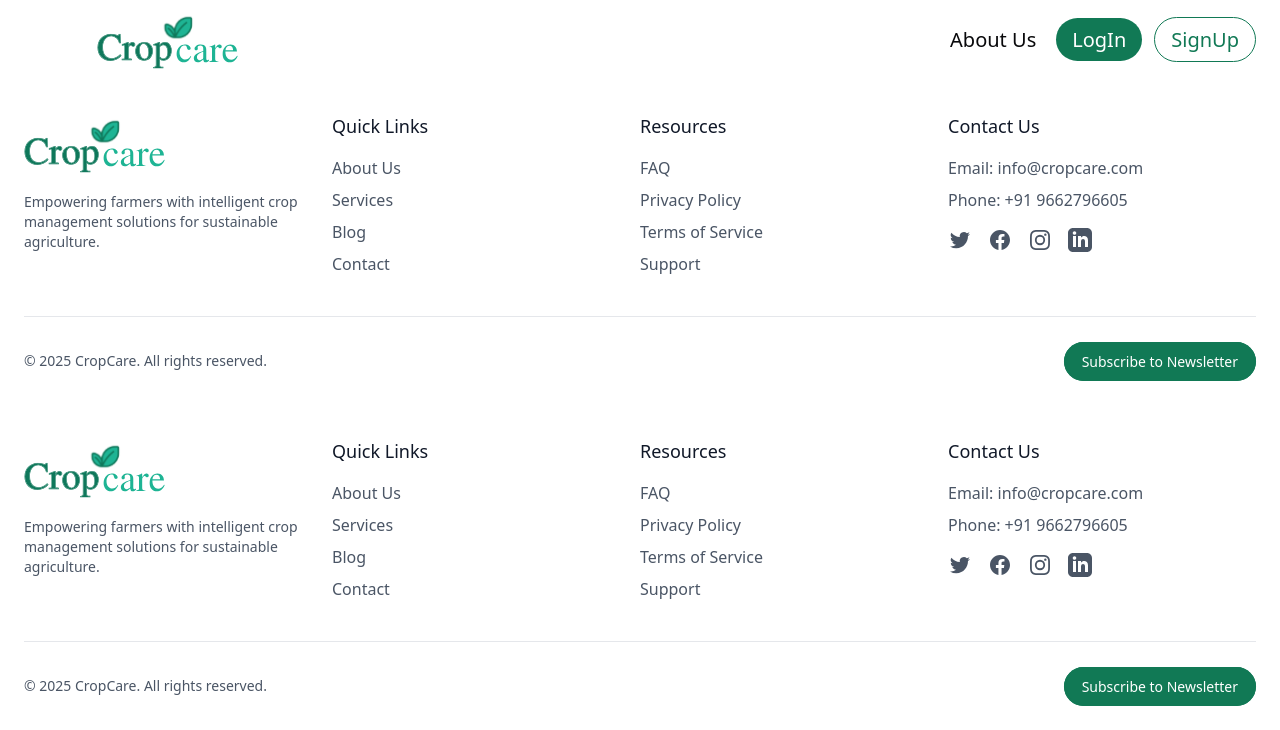
Repository: VishwaaBhavsar/Cropcare
Page: /services
The author's editor kept a copy of each file at every save. The page is drawn from the files as they stood at one save, then again after a run of saves.
The browser window is 1280 px wide. The pictures show the whole page.
The project was rebuilt for these pictures with package versions that can differ from the ones it lists, and the page was loaded fresh each time. The framework's server and built-in components were replaced by stand-ins that run in the browser. Also part of the build but not shown: next.config.mjs, src/components/HeroNav.jsx, src/pages/Hero.jsx.

Above is the page before, as saved 2025-04-19 21:40:54.

### src/app/layout.js


import { Geist, Geist_Mono } from "next/font/google";
import "./globals.css";
import HeroNav from "@/components/HeroNav";
import HeroFooter from "@/components/HeroFooter";

const geistSans = Geist({
  variable: "--font-geist-sans",
  subsets: ["latin"],
});

const geistMono = Geist_Mono({
  variable: "--font-geist-mono",
  subsets: ["latin"],
});

export const metadata = {
  title: "Create Next App",
  description: "Generated by create next app",
};

export default function RootLayout({ children }) {
  return (
    <html lang="en">
      <body
        className={`${geistSans.variable} ${geistMono.variable} antialiased`}
      >
        <HeroNav/>
        {children}
        <HeroFooter/>
      </body>
    </html>
  );
}

### src/app/services/layout.js

import HeroFooter from "@/components/HeroFooter";
import Navbar from "@/components/Navbar";



export default function ServiceLayout({ children }) {
  return (

      <>
        <Navbar/>
        {children}
        <HeroFooter/>
      </>

  );
}

### src/app/services/page.js
import Hero from '@/pages/Hero';



export default function Service() {
  return (
    <>

    </>
  );
}

### src/app/globals.css
@import "tailwindcss";


@custom-variant dark (&:is(.dark *));

@theme inline {
  --color-background: var(--background);
  --color-foreground: var(--foreground);
  --font-sans: var(--font-geist-sans);
  --font-mono: var(--font-geist-mono);
  --color-sidebar-ring: var(--sidebar-ring);
  --color-sidebar-border: var(--sidebar-border);
  --color-sidebar-accent-foreground: var(--sidebar-accent-foreground);
  --color-sidebar-accent: var(--sidebar-accent);
  --color-sidebar-primary-foreground: var(--sidebar-primary-foreground);
  --color-sidebar-primary: var(--sidebar-primary);
  --color-sidebar-foreground: var(--sidebar-foreground);
  --color-sidebar: var(--sidebar);
  --color-chart-5: var(--chart-5);
  --color-chart-4: var(--chart-4);
  --color-chart-3: var(--chart-3);
  --color-chart-2: var(--chart-2);
  --color-chart-1: var(--chart-1);
  --color-ring: var(--ring);
  --color-input: var(--input);
  --color-border: var(--border);
  --color-destructive: var(--destructive);
  --color-accent-foreground: var(--accent-foreground);
  --color-accent: var(--accent);
  --color-muted-foreground: var(--muted-foreground);
  --color-muted: var(--muted);
  --color-secondary-foreground: var(--secondary-foreground);
  --color-secondary: var(--secondary);
  --color-primary-foreground: var(--primary-foreground);
  --color-primary: var(--primary);
  --color-popover-foreground: var(--popover-foreground);
  --color-popover: var(--popover);
  --color-card-foreground: var(--card-foreground);
  --color-card: var(--card);
  --radius-sm: calc(var(--radius) - 4px);
  --radius-md: calc(var(--radius) - 2px);
  --radius-lg: var(--radius);
  --radius-xl: calc(var(--radius) + 4px);
  --animate-accordion-down: accordion-down 0.2s ease-out;
  --animate-accordion-up: accordion-up 0.2s ease-out;

  @keyframes accordion-down {
    from {
      height: 0;
    }
    to {
      height: var(--radix-accordion-content-height);
    }
  }

  @keyframes accordion-up {
    from {
      height: var(--radix-accordion-content-height);
    }
    to {
      height: 0;
    }
  }
}

:root {
  --radius: 0.625rem;
  --background: oklch(1 0 0);
  --foreground: oklch(0.141 0.005 285.823);
  --card: oklch(1 0 0);
  --card-foreground: oklch(0.141 0.005 285.823);
  --popover: oklch(1 0 0);
  --popover-foreground: oklch(0.141 0.005 285.823);
  --primary: oklch(0.21 0.006 285.885);
  --primary-foreground: oklch(0.985 0 0);
  --secondary: oklch(0.967 0.001 286.375);
  --secondary-foreground: oklch(0.21 0.006 285.885);
  --muted: oklch(0.967 0.001 286.375);
  --muted-foreground: oklch(0.552 0.016 285.938);
  --accent: oklch(0.967 0.001 286.375);
  --accent-foreground: oklch(0.21 0.006 285.885);
  --destructive: oklch(0.577 0.245 27.325);
  --border: oklch(0.92 0.004 286.32);
  --input: oklch(0.92 0.004 286.32);
  --ring: oklch(0.705 0.015 286.067);
  --chart-1: oklch(0.646 0.222 41.116);
  --chart-2: oklch(0.6 0.118 184.704);
  --chart-3: oklch(0.398 0.07 227.392);
  --chart-4: oklch(0.828 0.189 84.429);
  --chart-5: oklch(0.769 0.188 70.08);
  --sidebar: oklch(0.985 0 0);
  --sidebar-foreground: oklch(0.141 0.005 285.823);
  --sidebar-primary: oklch(0.21 0.006 285.885);
  --sidebar-primary-foreground: oklch(0.985 0 0);
  --sidebar-accent: oklch(0.967 0.001 286.375);
  --sidebar-accent-foreground: oklch(0.21 0.006 285.885);
  --sidebar-border: oklch(0.92 0.004 286.32);
  --sidebar-ring: oklch(0.705 0.015 286.067);
}

.dark {
  --background: oklch(0.141 0.005 285.823);
  --foreground: oklch(0.985 0 0);
  --card: oklch(0.21 0.006 285.885);
  --card-foreground: oklch(0.985 0 0);
  --popover: oklch(0.21 0.006 285.885);
  --popover-foreground: oklch(0.985 0 0);
  --primary: oklch(0.92 0.004 286.32);
  --primary-foreground: oklch(0.21 0.006 285.885);
  --secondary: oklch(0.274 0.006 286.033);
  --secondary-foreground: oklch(0.985 0 0);
  --muted: oklch(0.274 0.006 286.033);
  --muted-foreground: oklch(0.705 0.015 286.067);
  --accent: oklch(0.274 0.006 286.033);
  --accent-foreground: oklch(0.985 0 0);
  --destructive: oklch(0.704 0.191 22.216);
  --border: oklch(1 0 0 / 10%);
  --input: oklch(1 0 0 / 15%);
  --ring: oklch(0.552 0.016 285.938);
  --chart-1: oklch(0.488 0.243 264.376);
  --chart-2: oklch(0.696 0.17 162.48);
  --chart-3: oklch(0.769 0.188 70.08);
  --chart-4: oklch(0.627 0.265 303.9);
  --chart-5: oklch(0.645 0.246 16.439);
  --sidebar: oklch(0.21 0.006 285.885);
  --sidebar-foreground: oklch(0.985 0 0);
  --sidebar-primary: oklch(0.488 0.243 264.376);
  --sidebar-primary-foreground: oklch(0.985 0 0);
  --sidebar-accent: oklch(0.274 0.006 286.033);
  --sidebar-accent-foreground: oklch(0.985 0 0);
  --sidebar-border: oklch(1 0 0 / 10%);
  --sidebar-ring: oklch(0.552 0.016 285.938);
}

@layer base {
  * {
    @apply border-border outline-ring/50;
  }
  body {
    @apply bg-background text-foreground;
  }
}

### src/components/HeroFooter.jsx
import Link from "next/link";

const Footer = () => {
  const currentYear = new Date().getFullYear();

  return (
    <footer className="bg-white dark:bg-gray-800 mt-auto">
      <div className="container mx-auto px-6 py-8">
        <div className="flex flex-col md:flex-row justify-between">
          {/* Logo and company description */}
          <div className="mb-6 md:mb-0 md:w-1/4">
            <Link href="/">
              <img src="/logo.svg" className="h-16 bg-transparent mb-4" alt="CropCare Logo" />
            </Link>
            <p className="text-gray-600 dark:text-gray-300 text-sm">
              Empowering farmers with intelligent crop management solutions for sustainable agriculture.
            </p>
          </div>

          {/* Quick Links */}
          <div className="md:w-1/4 mb-6 md:mb-0">
            <h3 className="text-lg font-medium text-gray-900 dark:text-white mb-4">Quick Links</h3>
            <ul>
              <li className="mb-2">
                <Link href="/about" className="text-gray-600 dark:text-gray-300 hover:text-[#117955] hover:underline">About Us</Link>
              </li>
              <li className="mb-2">
                <Link href="/services" className="text-gray-600 dark:text-gray-300 hover:text-[#117955] hover:underline">Services</Link>
              </li>
              <li className="mb-2">
                <Link href="/blog" className="text-gray-600 dark:text-gray-300 hover:text-[#117955] hover:underline">Blog</Link>
              </li>
              <li className="mb-2">
                <Link href="/contact" className="text-gray-600 dark:text-gray-300 hover:text-[#117955] hover:underline">Contact</Link>
              </li>
            </ul>
          </div>

          {/* Resources */}
          <div className="md:w-1/4 mb-6 md:mb-0">
            <h3 className="text-lg font-medium text-gray-900 dark:text-white mb-4">Resources</h3>
            <ul>
              <li className="mb-2">
                <Link href="/faq" className="text-gray-600 dark:text-gray-300 hover:text-[#117955] hover:underline">FAQ</Link>
              </li>
              <li className="mb-2">
                <Link href="/privacy" className="text-gray-600 dark:text-gray-300 hover:text-[#117955] hover:underline">Privacy Policy</Link>
              </li>
              <li className="mb-2">
                <Link href="/terms" className="text-gray-600 dark:text-gray-300 hover:text-[#117955] hover:underline">Terms of Service</Link>
              </li>
              <li className="mb-2">
                <Link href="/support" className="text-gray-600 dark:text-gray-300 hover:text-[#117955] hover:underline">Support</Link>
              </li>
            </ul>
          </div>

          {/* Contact Info */}
          <div className="md:w-1/4">
            <h3 className="text-lg font-medium text-gray-900 dark:text-white mb-4">Contact Us</h3>
            <p className="text-gray-600 dark:text-gray-300 mb-2">Email: info@cropcare.com</p>
            <p className="text-gray-600 dark:text-gray-300 mb-2">Phone: +91 9662796605</p>
            <div className="flex mt-4">
              <a href="#" className="mr-4 text-gray-600 hover:text-[#117955]">
                <span className="sr-only">Twitter</span>
                <svg className="h-6 w-6" fill="currentColor" viewBox="0 0 24 24">
                  <path d="M8.29 20.251c7.547 0 11.675-6.253 11.675-11.675 0-.178 0-.355-.012-.53A8.348 8.348 0 0022 5.92a8.19 8.19 0 01-2.357.646 4.118 4.118 0 001.804-2.27 8.224 8.224 0 01-2.605.996 4.107 4.107 0 00-6.993 3.743 11.65 11.65 0 01-8.457-4.287 4.106 4.106 0 001.27 5.477A4.072 4.072 0 012.8 9.713v.052a4.105 4.105 0 003.292 4.022 4.095 4.095 0 01-1.853.07 4.108 4.108 0 003.834 2.85A8.233 8.233 0 012 18.407a11.616 11.616 0 006.29 1.84"></path>
                </svg>
              </a>
              <a href="#" className="mr-4 text-gray-600 hover:text-[#117955]">
                <span className="sr-only">Facebook</span>
                <svg className="h-6 w-6" fill="currentColor" viewBox="0 0 24 24">
                  <path fillRule="evenodd" d="M22 12c0-5.523-4.477-10-10-10S2 6.477 2 12c0 4.991 3.657 9.128 8.438 9.878v-6.987h-2.54V12h2.54V9.797c0-2.506 1.492-3.89 3.777-3.89 1.094 0 2.238.195 2.238.195v2.46h-1.26c-1.243 0-1.63.771-1.63 1.562V12h2.773l-.443 2.89h-2.33v6.988C18.343 21.128 22 16.991 22 12z" clipRule="evenodd"></path>
                </svg>
              </a>
              <a href="#" className="mr-4 text-gray-600 hover:text-[#117955]">
                <span className="sr-only">Instagram</span>
                <svg className="h-6 w-6" fill="currentColor" viewBox="0 0 24 24">
                  <path fillRule="evenodd" d="M12.315 2c2.43 0 2.784.013 3.808.06 1.064.049 1.791.218 2.427.465a4.902 4.902 0 011.772 1.153 4.902 4.902 0 011.153 1.772c.247.636.416 1.363.465 2.427.048 1.067.06 1.407.06 4.123v.08c0 2.643-.012 2.987-.06 4.043-.049 1.064-.218 1.791-.465 2.427a4.902 4.902 0 01-1.153 1.772 4.902 4.902 0 01-1.772 1.153c-.636.247-1.363.416-2.427.465-1.067.048-1.407.06-4.123.06h-.08c-2.643 0-2.987-.012-4.043-.06-1.064-.049-1.791-.218-2.427-.465a4.902 4.902 0 01-1.772-1.153 4.902 4.902 0 01-1.153-1.772c-.247-.636-.416-1.363-.465-2.427-.047-1.024-.06-1.379-.06-3.808v-.63c0-2.43.013-2.784.06-3.808.049-1.064.218-1.791.465-2.427a4.902 4.902 0 011.153-1.772A4.902 4.902 0 015.45 2.525c.636-.247 1.363-.416 2.427-.465C8.901 2.013 9.256 2 11.685 2h.63zm-.081 1.802h-.468c-2.456 0-2.784.011-3.807.058-.975.045-1.504.207-1.857.344-.467.182-.8.398-1.15.748-.35.35-.566.683-.748 1.15-.137.353-.3.882-.344 1.857-.047 1.023-.058 1.351-.058 3.807v.468c0 2.456.011 2.784.058 3.807.045.975.207 1.504.344 1.857.182.466.399.8.748 1.15.35.35.683.566 1.15.748.353.137.882.3 1.857.344 1.054.048 1.37.058 4.041.058h.08c2.597 0 2.917-.01 3.96-.058.976-.045 1.505-.207 1.858-.344.466-.182.8-.398 1.15-.748.35-.35.566-.683.748-1.15.137-.353.3-.882.344-1.857.048-1.055.058-1.37.058-4.041v-.08c0-2.597-.01-2.917-.058-3.96-.045-.976-.207-1.505-.344-1.858a3.097 3.097 0 00-.748-1.15 3.098 3.098 0 00-1.15-.748c-.353-.137-.882-.3-1.857-.344-1.023-.047-1.351-.058-3.807-.058zM12 6.865a5.135 5.135 0 110 10.27 5.135 5.135 0 010-10.27zm0 1.802a3.333 3.333 0 100 6.666 3.333 3.333 0 000-6.666zm5.338-3.205a1.2 1.2 0 110 2.4 1.2 1.2 0 010-2.4z" clipRule="evenodd"></path>
                </svg>
              </a>
              <a href="#" className="text-gray-600 hover:text-[#117955]">
                <span className="sr-only">LinkedIn</span>
                <svg className="h-6 w-6" fill="currentColor" viewBox="0 0 24 24">
                  <path d="M19 0h-14c-2.761 0-5 2.239-5 5v14c0 2.761 2.239 5 5 5h14c2.762 0 5-2.239 5-5v-14c0-2.761-2.238-5-5-5zm-11 19h-3v-11h3v11zm-1.5-12.268c-.966 0-1.75-.79-1.75-1.764s.784-1.764 1.75-1.764 1.75.79 1.75 1.764-.783 1.764-1.75 1.764zm13.5 12.268h-3v-5.604c0-3.368-4-3.113-4 0v5.604h-3v-11h3v1.765c1.396-2.586 7-2.777 7 2.476v6.759z"></path>
                </svg>
              </a>
            </div>
          </div>
        </div>

        {/* Bottom copyright */}
        <div className="border-t border-gray-200 dark:border-gray-700 mt-8 pt-8 flex flex-col md:flex-row justify-between items-center">
          <p className="text-sm text-gray-600 dark:text-gray-300">
            © {currentYear} CropCare. All rights reserved.
          </p>
          <div className="mt-4 md:mt-0">
            <Link href="/subscribe" className="font-medium px-4 py-2 text-sm text-white bg-[#117955] rounded-3xl border-[#117955] border-[2px] hover:bg-white hover:text-[#117955]">
              Subscribe to Newsletter
            </Link>
          </div>
        </div>
      </div>
    </footer>
  );
}

export default Footer;

### src/components/Navbar.jsx
import Link from "next/link";
const Navbar = () => {
    return (
                <div className=" z-10 flex flex-row bg-white dark:bg-gray-800 sticky top-0 left-0 right-0 h-20 items-center justify-between p-5">
                    <Link href='/'><img src={'/logo.svg'} className="h-16 bg-transparent ml-[6vw]"/></Link>
                    <div>
                        <Link href='/about' className="text-xl font-medium mx-3">About Us</Link>
                        <Link href='/auth/sign-in' className="px-4 py-2 mx-2 text-xl text-white bg-[#117955] rounded-3xl hover:bg-white hover:text-[#117955] hover:border-1 border-[#117955]">LogIn</Link>
                        <Link href='/auth/log-in' className="px-4 py-2 mx-1 text-xl  bg-white border-1 border-[#117955] text-[#117955] hover:text-white hover:bg-[#117955] rounded-3xl">SignUp</Link>
                    </div>
                </div>
            );
        }
export default Navbar;

After the next 2 saves:
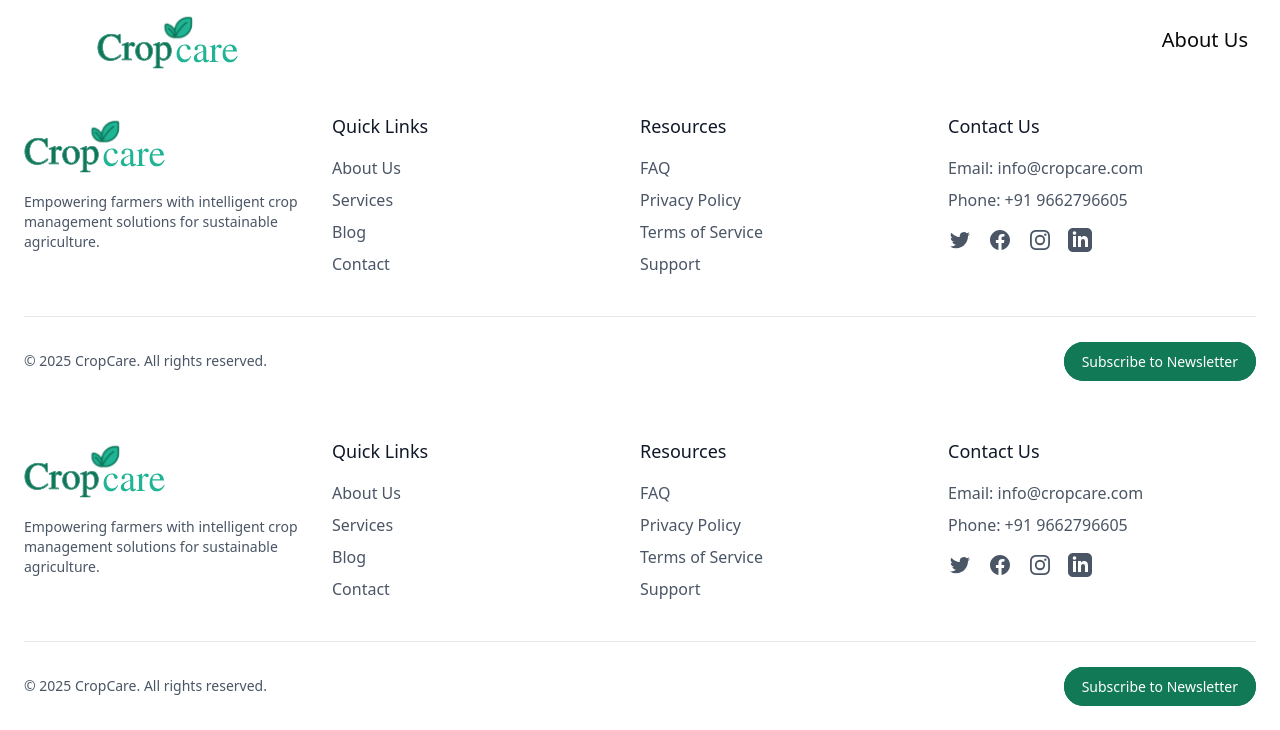
The 2 saves are shown as one change because 1 did not build or start.
The last was saved 72 s later.
--- a/src/components/Navbar.jsx
+++ b/src/components/Navbar.jsx
@@ -5,8 +5,7 @@ const Navbar = () => {
                     <Link href='/'><img src={'/logo.svg'} className="h-16 bg-transparent ml-[6vw]"/></Link>
                     <div>
                         <Link href='/about' className="text-xl font-medium mx-3">About Us</Link>
-                        <Link href='/auth/sign-in' className="px-4 py-2 mx-2 text-xl text-white bg-[#117955] rounded-3xl hover:bg-white hover:text-[#117955] hover:border-1 border-[#117955]">LogIn</Link>
-                        <Link href='/auth/log-in' className="px-4 py-2 mx-1 text-xl  bg-white border-1 border-[#117955] text-[#117955] hover:text-white hover:bg-[#117955] rounded-3xl">SignUp</Link>
+
                     </div>
                 </div>
             );
